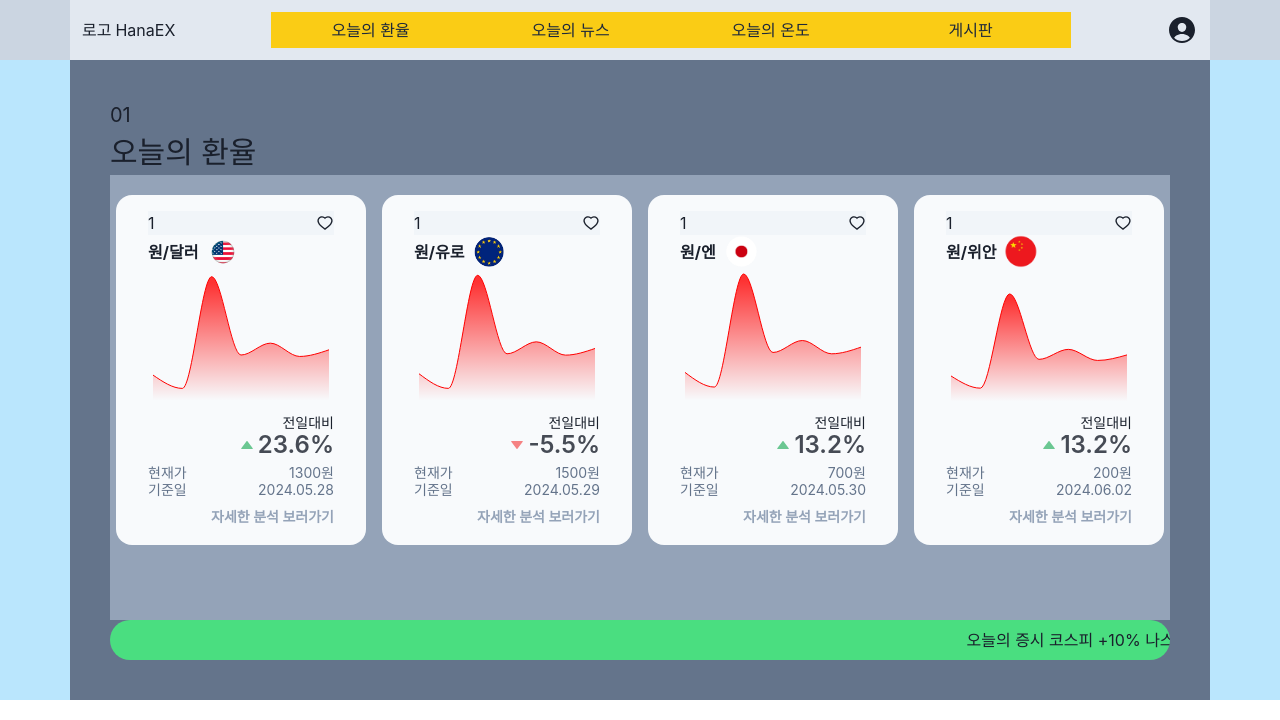
Repository: HANAEX/FRONT
Page: /
An editor plug-in stored every save of this project. The page is shown before and after a run of saves, followed by the edit.
The browser window is 1280 px wide. The pictures show the whole page.
The project was rebuilt for these pictures with package versions that can differ from the ones it lists, and the page was loaded fresh each time. Also part of the build but not shown: src/pages/LoginPage.js, src/pages/MyPage.js, src/components/Toggle.js, src/components/SementicCard.js, src/pages/SemanticPage.js, src/components/NewsCard.js, src/pages/NewsPage.js, src/components/CloudChart.js and 6 more.

Above is the page before, as saved 2024-08-13 19:50:18.

### src/App.js
import { BrowserRouter, Route, Routes } from 'react-router-dom';
import { ChakraProvider } from '@chakra-ui/react'
import MainPage from './pages/MainPage';
import LoginPage from './pages/LoginPage';
import MyPage from './pages/MyPage';
import SemanticPage from './pages/SemanticPage';
import NewsPage from './pages/NewsPage';
import BoardPage from './pages/BoardPage';
import AppOut from './AppOut';
import MainPageDetail from './pages/MainPageDetail';
import SemanticPageDetail from './pages/SemanticPageDetail';

function App() {
  return (
    <ChakraProvider>
    <BrowserRouter>
    <Routes>
      <Route path='/' element={<AppOut />}>
        <Route path='' element={<MainPage />} />
        <Route path="Login" element={<LoginPage />}/>
        <Route path="My" element={<MyPage />} />
        <Route path="Semantic" element={<SemanticPage />} />
        <Route path="News" element={<NewsPage />} />
        <Route path="Board" element={<BoardPage />} />
        <Route path="MainPageDetail" element={<MainPageDetail />} />
        <Route path="SemanticPageDetail" element={<SemanticPageDetail />} />
      </Route>
    </Routes>
    </BrowserRouter>
    </ChakraProvider>
  );
}

export default App;

### src/pages/MainPage.js
import React, {useEffect, useState} from 'react'
import { Text } from '@chakra-ui/react'
import ChartCard from '../components/ChartCard'
import FlowText from '../components/FlowText'
import { SERVER_URL } from '../data/Server_Url'
import axios from 'axios'


const MainPage = () => {
  const [consumData, setConsumData] = useState([]);
  useEffect(() => {
    const getUseHistory = async () => {
      try {
        const result = await axios.get(SERVER_URL + "data.json");
        console.log(result.data.data[1]);
        setConsumData(result.data.data);
      } catch (error) {
        console.log(error);
      }
    }
    getUseHistory();
  }, [])

  return (
    <>
    <div className='w-[1140px] h-[calc(100vh-80px)] bg-slate-500 flex flex-col py-10 px-10'>
      <Text fontSize='xl'>01</Text>
      <Text fontSize='3xl'>오늘의 환율</Text>
      <div className='w-full flex-grow bg-slate-400 py-5'>
        <div name="chart-box" className='flex justify-center gap-4'>
          {consumData.map((data, index) => (
            <ChartCard
              key={index}
              name={data.name}
              imageUrl={data.imageUrl}
              currentPrice={data.currentPrice}
              increase={data.increase}
              date={data.date}
              chartData={data.chartData}
            />
          ))}
        </div>
      </div>
      <FlowText />
    </div>
    </>
  )
}

export default MainPage

### src/AppOut.js
import React from 'react'
import { Outlet } from 'react-router'
import NavBar from './components/NavBar'

const AppOut = () => {
  return (
    <>
      <div className='w-screen flex justify-center bg-slate-300'>
        <NavBar />
      </div>
      <div className='w-screen flex justify-center bg-sky-200'>
        <Outlet />
      </div>
    </>
  )
}

export default AppOut

### src/components/ChartCard.js
import React, { useState } from 'react'
import { ResponsiveContainer, Area, Tooltip, AreaChart } from 'recharts';
import {
  Stat,
  StatLabel,
  StatNumber,
  StatHelpText,
  StatArrow,
  Box,
  Image,
  HStack,
  Text
} from '@chakra-ui/react'

import { AiOutlineHeart, AiFillHeart } from "react-icons/ai";
import { Link } from 'react-router-dom';

const ChartCard = ({ name, increase, imageUrl, currentPrice, date, chartData }) => {
  const [heart, setHeart] = useState(false);
  const handleHeart = () => {
    setHeart(!heart)
  }
  return (
    <div to={"/MainPageDetail"} name="card-container" className='w-[250px] h-[350px] px-8 py-4 bg-slate-50 rounded-2xl'>
      {/* card 상단 */}
      <div name="card-top" className='bg-slate-100 py-0 flex justify-between items-center'>
        <Text>1</Text>
        <div onClick={handleHeart}>
        {heart ? <AiFillHeart className='text-lg text-red-700'/> : <AiOutlineHeart className='text-lg' />}
        </div>
      </div>

      {/* card 원달러 이미지 */}
      <HStack>
        <Text as={'b'} fontSize='1xl'>
          {name}
          {/* 원/달러 */}
        </Text>
        <Box className='w-[34px] h-[34px]'>
          <Image src={imageUrl} alt='Dan Abramov' />
        </Box>
      </HStack>

      {/* card 차트 */}
      <ResponsiveContainer width="100%" height="45%">
        <AreaChart width={300} height={100} data={chartData}>
          <defs>
            <linearGradient id="colorPv" x1="0" y1="0" x2="0" y2="1">
              <stop offset="5%" stopColor="#FF0000" stopOpacity={0.8}/>
              <stop offset="95%" stopColor="#FF0000" stopOpacity={0}/>
            </linearGradient>
          </defs>
          <Tooltip />
          <Area type="monotone" dataKey="pv" stroke="#FF0000" fillOpacity={2} fill="url(#colorPv)" />
        </AreaChart>
      </ResponsiveContainer>

      <div name="card-foot" className='flex justify-end'>
          <Stat>
            <StatLabel className='flex justify-end'>전일대비</StatLabel>
            <StatHelpText lineHeight={1} className='flex justify-end items-center'>
              <StatArrow type={increase >= 0 ? 'increase' : 'decrease'} />
              <StatNumber>{ increase + "%"}</StatNumber>
            </StatHelpText>
      </Stat>
      </div>
      <div className='flex justify-between'>
        <Text fontSize='sm' lineHeight={1.2} className='text-slate-500'>현재가</Text>
        <Text fontSize='sm' lineHeight={1.2} className='text-slate-500'>
          { currentPrice + "원" }
        </Text>
      </div>
      <div className=' flex justify-between'>
        <Text fontSize='sm' lineHeight={1.2} className='text-slate-500'>기준일</Text>
        <Text fontSize='sm' lineHeight={1.2} className='text-slate-500'>{date}</Text>
      </div>
      <Link className='text-sm font-semibold flex justify-end text-slate-400 py-2'>자세한 분석 보러가기</Link>
    </div>
  )
}



export default ChartCard

### src/components/FlowText.js
import React from 'react'
import styled, {keyframes}from "styled-components";


const FlowText= () => {
  return (
    <div className='rounded-full h-10 bg-green-400 overflow-hidden flex items-center'>
    <TextFlow className='w-full'>
      오늘의 증시 코스피 +10% 나스닥 -10%
    </TextFlow>
    </div>
  )
}

export default FlowText

const TextFlowAni = keyframes`
  0% {
    transform: translateX(100%);
  }
  100% {
    transform: translateX(-100%);
  }
`
const TextFlow = styled.div`
  white-space: nowrap;
  overflow: hidden;
  animation: ${TextFlowAni} 5s linear infinite;
`

### src/data/Server_Url.js
export const SERVER_URL = '/';

### src/css/style.css
#app {
  height: 100%;
}
html,
body {
  position: relative;
  height: 100%;
}
.swiper {
  width: 100%;
  height: 100%;
  margin-top: 20px;
}
.swiper-slide {
  text-align: center;
  font-size: 18px;
  background: transparent;

  /* Center slide text vertically */
  display: flex;
  justify-content: center;
  /* align-items: center; */
}

### src/components/NavBar.js
import React from 'react'
import Menu from './Menu'
import { IoPersonCircle } from "react-icons/io5";
import { Link } from 'react-router-dom';

const NavBar = () => {
  return (
    <nav className='w-[1140px] h-[60px] bg-slate-200'>
      <div name="nav-container" className='w-full h-full flex items-center justify-between p-3'>
        <div name='logobox' className='flex gap-1'>
          <div name='logo'>로고</div>
          <div name='title'>HanaEX</div>
        </div>
        <div name='menus'className='h-full flex items-center bg-yellow-400'>
          <Link to={"/"}><Menu menu_name="오늘의 환율"/></Link>
          <Link to={"/News"}><Menu menu_name="오늘의 뉴스"/></Link>
          <Link to={"/Semantic"}><Menu menu_name="오늘의 온도"/></Link>
          <Link to={"/Board"}><Menu menu_name="게시판"/></Link>
        </div>
        <Link to={"/My"}>
          <IoPersonCircle className='w-8 h-8'/>
        </Link>
      </div>
    </nav>
  )
}

export default NavBar

### src/components/Menu.js
import React from 'react'

const Menu = ({menu_name}) => {
  return (
    <div className='w-[200px] h-10 text-center rounded-full text-slate-800 leading-10 hover:bg-slate-700 hover:text-slate-50 transition duration-150 ease-in-out'>
      {menu_name}
    </div>
  )
}

export default Menu

### public/data.json
{
  "isSuccess": true,
  "code": 200,
  "message": "성공입니다.",
  "data": [
    {
      "index": 1,
      "name": "원/달러",
      "imageUrl": "/image/america_flag.png",
      "currentPrice": 1300,
      "date": "2024.05.28",
      "increase": 23.6,
      "chartData": [
        { "name": "Page A", "uv": 4000, "pv": 2400, "amt": 2400 },
        { "name": "Page B", "uv": 3000, "pv": 1398, "amt": 2210 },
        { "name": "Page C", "uv": 2000, "pv": 9800, "amt": 2290 },
        { "name": "Page D", "uv": 2780, "pv": 3908, "amt": 2000 },
        { "name": "Page E", "uv": 1890, "pv": 4800, "amt": 2181 },
        { "name": "Page F", "uv": 2390, "pv": 3800, "amt": 2500 },
        { "name": "Page G", "uv": 3490, "pv": 4300, "amt": 2100 }
      ]
    },
    {
      "index": 2,
      "name": "원/유로",
      "imageUrl": "/image/eu_flag.png",
      "currentPrice": 1500,
      "date": "2024.05.29",
      "increase": -5.5,
      "chartData": [
        { "name": "Page A", "uv": 4100, "pv": 2500, "amt": 2500 },
        { "name": "Page B", "uv": 3100, "pv": 1400, "amt": 2220 },
        { "name": "Page C", "uv": 2100, "pv": 9900, "amt": 2300 },
        { "name": "Page D", "uv": 2800, "pv": 4000, "amt": 2010 },
        { "name": "Page E", "uv": 1900, "pv": 4900, "amt": 2190 },
        { "name": "Page F", "uv": 2400, "pv": 3900, "amt": 2510 },
        { "name": "Page G", "uv": 3500, "pv": 4400, "amt": 2110 }
      ]
    },
    {
      "index": 3,
      "name": "원/엔",
      "imageUrl": "/image/japan_flag.png",
      "currentPrice": 700,
      "date": "2024.05.30",
      "increase": 13.2,
      "chartData": [
        { "name": "Page A", "uv": 4200, "pv": 2600, "amt": 2600 },
        { "name": "Page B", "uv": 3200, "pv": 1500, "amt": 2230 },
        { "name": "Page C", "uv": 2200, "pv": 10000, "amt": 2310 },
        { "name": "Page D", "uv": 2900, "pv": 4100, "amt": 2020 },
        { "name": "Page E", "uv": 2000, "pv": 5000, "amt": 2200 },
        { "name": "Page F", "uv": 2500, "pv": 4000, "amt": 2520 },
        { "name": "Page G", "uv": 3600, "pv": 4500, "amt": 2120 }
      ]
    },
    {
      "index": 4,
      "name": "원/위안",
      "imageUrl": "/image/chinese_flag.png",
      "currentPrice": 200,
      "date": "2024.06.02",
      "increase": 13.2,
      "chartData": [
        { "name": "Page A", "uv": 4400, "pv": 2800, "amt": 2800 },
        { "name": "Page B", "uv": 3400, "pv": 1700, "amt": 2250 },
        { "name": "Page C", "uv": 2400, "pv": 10200, "amt": 2330 },
        { "name": "Page D", "uv": 3100, "pv": 4300, "amt": 2040 },
        { "name": "Page E", "uv": 2200, "pv": 5200, "amt": 2220 },
        { "name": "Page F", "uv": 2700, "pv": 4200, "amt": 2540 },
        { "name": "Page G", "uv": 3800, "pv": 4700, "amt": 2140 }
      ]
    }
  ]
}

Loaded but not shown: public/index.html (common file); src/index.js (common file); src/index.css (common file); src/reportWebVitals.js (common file); tailwind.config.js (common file)

After the next 2 saves:
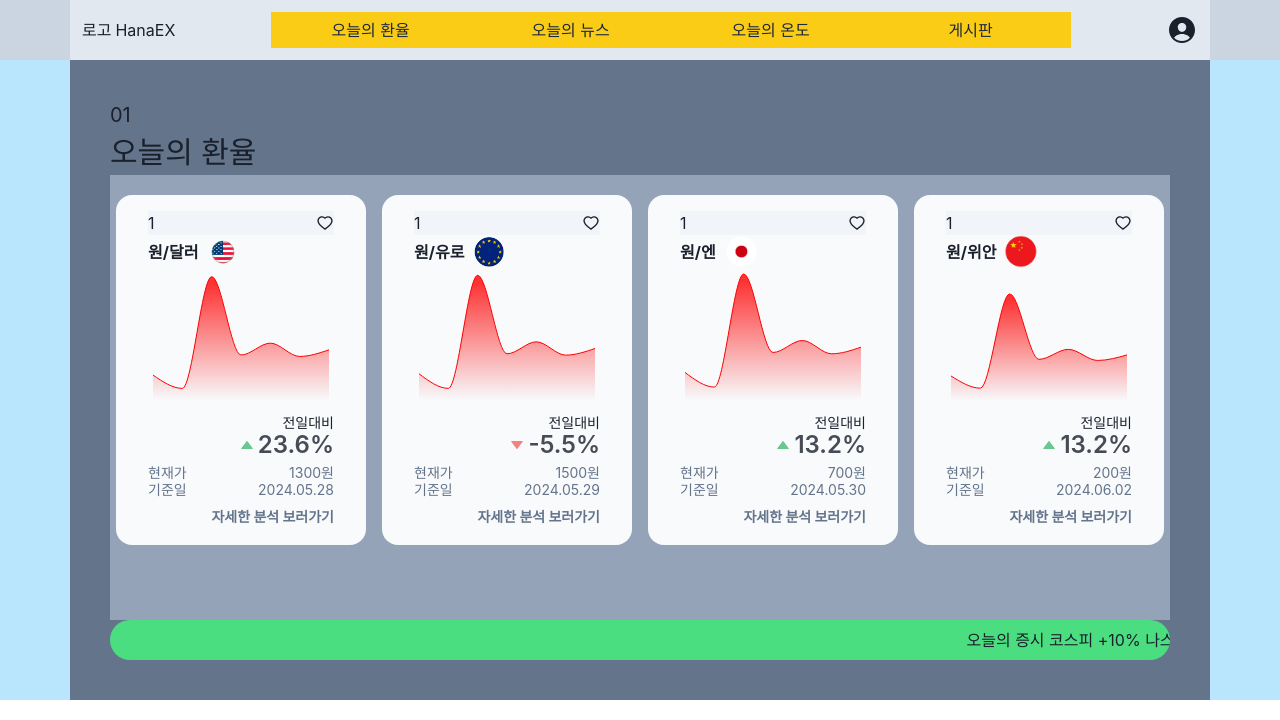
The 2 saves are shown as one change because they came seconds apart.
The last was saved 7 s later.
--- a/src/components/ChartCard.js
+++ b/src/components/ChartCard.js
@@ -74,7 +74,7 @@ const ChartCard = ({ name, increase, imageUrl, currentPrice, date, chartData })
         <Text fontSize='sm' lineHeight={1.2} className='text-slate-500'>기준일</Text>
         <Text fontSize='sm' lineHeight={1.2} className='text-slate-500'>{date}</Text>
       </div>
-      <Link className='text-sm font-semibold flex justify-end text-slate-400 py-2'>자세한 분석 보러가기</Link>
+      <Link className='text-sm font-bold flex justify-end text-slate-500 py-2'>자세한 분석 보러가기</Link>
     </div>
   )
 }
